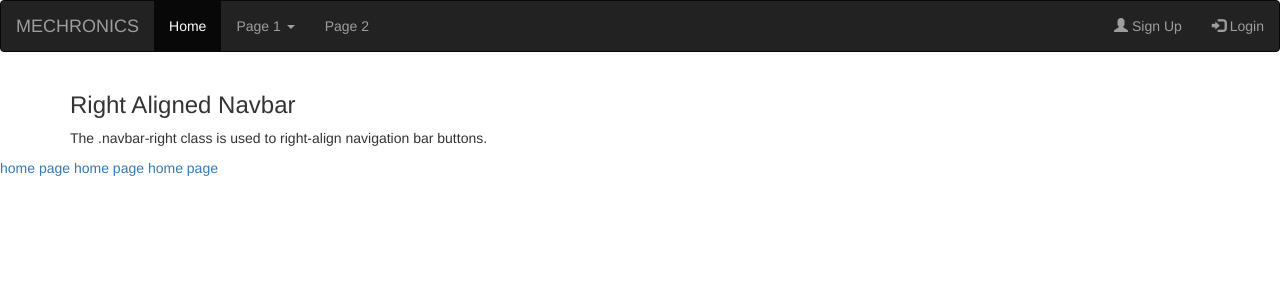
Repository: Shaheenkhan/MECHRONICS
Page: http://localhost/MECHRONICS/
The author's editor kept a copy of each file at every save. The page is drawn from the files as they stood at one save, then again after the next save.
The browser window is 1280 px wide. The pictures show the whole page.
The page is served by Tomcat 9.

Above is the page before, as saved 2016-10-24 07:55:02.

After the next save:
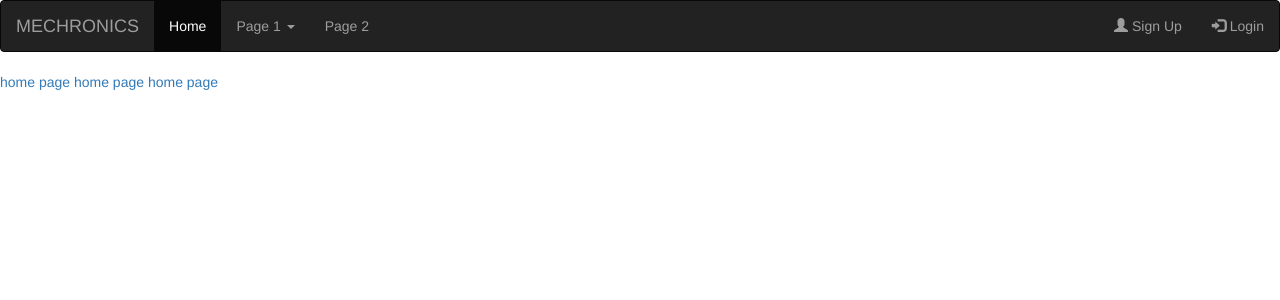
Saved 2 min 44 s later.
--- a/MECHRONICS/src/main/webapp/WEB-INF/views/commonheader.jsp
+++ b/MECHRONICS/src/main/webapp/WEB-INF/views/commonheader.jsp
@@ -32,11 +32,3 @@
     </ul>
   </div>
 </nav>
-
-<div class="container">
-  <h3>Right Aligned Navbar</h3>
-  <p>The .navbar-right class is used to right-align navigation bar buttons.</p>
-</div>
-
-</body>
-</html>
